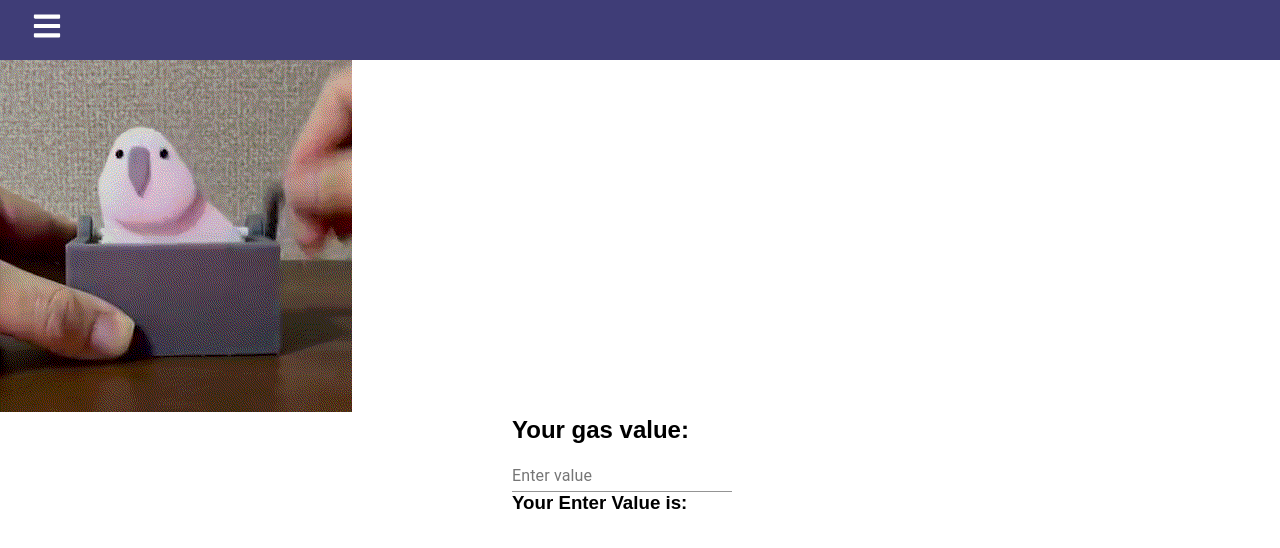
Repository: dcutalo/GasPal
Page: / (app in client/)
These files come from the project's save history. The page is drawn as it stood at one moment and after the next save; the edit follows.
The browser window is 1280 px wide. The pictures show the whole page.
Some web fonts or font styles are not loaded; a fallback is used. The project was rebuilt for these pictures with package versions that can differ from the ones it lists, and the page was loaded fresh each time. Also part of the build but not shown: client/src/pages/triphistory.js, client/src/pages/gasefficiencyreports.js, client/src/pages/userprofile.js.

Above is the page before, as saved 2021-10-05 21:50:19.

### client/src/App.js
import React from 'react';
import './App.css';
import Sidebar from './components/Sidebar';
import { BrowserRouter as Router, Switch, Route} from 'react-router-dom';
import Home from './pages/home';
import TripHistory from './pages/triphistory';
import Reports from './pages/gasefficiencyreports';
import UserProfile from './pages/userprofile';


function App() {
  return (
    <>
    <Router>
      <Sidebar />
      <Switch>
        <Route path = '/' exact component={Home}/>
        <Route path = '/triphistory' component={TripHistory}/>
        <Route path = '/gasefficiencyreports' component={Reports}/>
        <Route path = '/userprofile' component={UserProfile}/>
      </Switch>
    </Router>

    </>
  );
}

export default App;

### client/src/App.css
@import url(https://fonts.googleapis.com/css2?family=Gluten&display=swap);

* {
  box-sizing: border-box;
  margin: 0;
  padding: 0;
  font-family: 'Latp', sans-serif;
}

.home, .gasefficiencyreports, .triphistory, .userprofile {
  display: flex;
  height: 90vh;
  align-items: center;
  justify-content: center;
  font-size: 3rem;
}

### client/src/components/Sidebar.js
import React, {useState} from 'react'
import * as FaIcons from "react-icons/fa";
import * as AiIcons from "react-icons/ai";
import { Link } from 'react-router-dom';
import { SidebarData } from './Sidebardata';
import './Sidebar.css';
import { IconContext } from 'react-icons'

function Sidebar() {
    const [sidebar, setSidebar] = useState(false)

    const showSidebar = () => setSidebar(!sidebar)

    return (
        <>
        <IconContext.Provider value={{size: '30px', className:"icons"}}>
            <div className ="sidebar">
                <Link to="#" className='menu-bars'>
                    <FaIcons.FaBars onClick={showSidebar} />
                </Link>
            </div>

            <nav className={sidebar ? 'side-menu active' : 'side-menu'}>
                <ul className='side-menu-items'>
                    <li className="sidebar-toggle">
                        <Link to="#" className='menu-bars' onClick={showSidebar}>
                            <AiIcons.AiOutlineClose />
                        </Link>
                    </li>

                    {SidebarData.map((item,index) => {
                        return (

                            <li key={index} className={item.cName}>
                                <Link to={item.path}>
                                    {item.icon}
                                    <span>{item.title}</span>
                                </Link>
                            </li>

                        );
                    })}

                </ul>
            </nav>

        </IconContext.Provider>
        </>
    )
}

export default Sidebar

### client/src/pages/home.js

import React, { useState } from "react";
import TextField from "@material-ui/core/TextField";
import gif from '../1f8f36ae39d05387.gif'


const Home = () => {
  const [name, setName] = useState("");

  return (
    <><div className="gif">
          <img src={gif} alt="loading..." />
      </div><div
          style={{
              marginLeft: "40%",
          }}
      >
              <h2>Your gas value:</h2>
              <TextField
                  value={name}
                  label="Enter value"
                  onChange={(e) => {
                      setName(e.target.value);
                  } } />
              <h3>Your Enter Value is: {name} </h3>
          </div></>

  );
};

export default Home;

### client/src/components/Sidebardata.js
import React from 'react'
import * as AiIcons from "react-icons/ai";
import * as CgIcons from "react-icons/cg";
import * as HiIcons from "react-icons/hi";

export const SidebarData = [
    {
        title: 'Home',
        path: '/',
        icon: <AiIcons.AiFillHome />,
        cName: 'side-text'
    },
    {
        title: 'Gas Efficiency Reports',
        path: '/gasefficiencyreports',
        icon: <HiIcons.HiDocumentReport />,
        cName: 'side-text'
    },
    {
        title: 'Trip History',
        path: '/triphistory',
        icon: <AiIcons.AiOutlineHistory />,
        cName: 'side-text'
    },
    {
        title: 'User Profile',
        path: '/userprofile',
        icon: <CgIcons.CgProfile />,
        cName: 'side-text'
    }
]

### client/src/components/Sidebar.css
.sidebar {
    background-color: #3f3d77;
    height: 60px;
    display: flex;
    justify-content: start;
    align-items: center;
}

.menu-bars {
    margin-left: 2rem;
    font-size: 2rem;
    background: none;
    color:rgb(255, 255, 255)
}

.side-menu {
    background-color: #3f3d77;
    width: 300px;
    height: 120vh;
    display: flex;
    justify-content: center;
    position: fixed;
    top: 0;
    left: -100%;
    transition: 850ms;
}

.side-menu.active {
    left: 0;
    transition: 350ms;
}

.side-text {
    display: flex;
    justify-content: center;
    align-items: center;
    padding: 8px 0px 8px 16px;
    list-style: none;
    height: 60px;
}

.side-text a {
    text-decoration: none;
    color: rgb(255, 255, 255);
    font-size: 18px;
    width: 95%;
    height: 100%;
    display: flex;
    align-items: center;
    border-radius: 4px;
}

.side-text a:hover {
    background-color: #d0a3eb;
    color: black;
}

.side-menu-items {
    width: 100%;
}

.sidebar-toggle {
    background-color: #24234b;
    width: 100%;
    height: 60px;
    display: flex;
    justify-content: start;
    align-items: center;
}

span{
    margin-left: 16px;
}

Loaded but not shown: client/public/index.html (common file); client/src/index.js (common file)

After the next save:
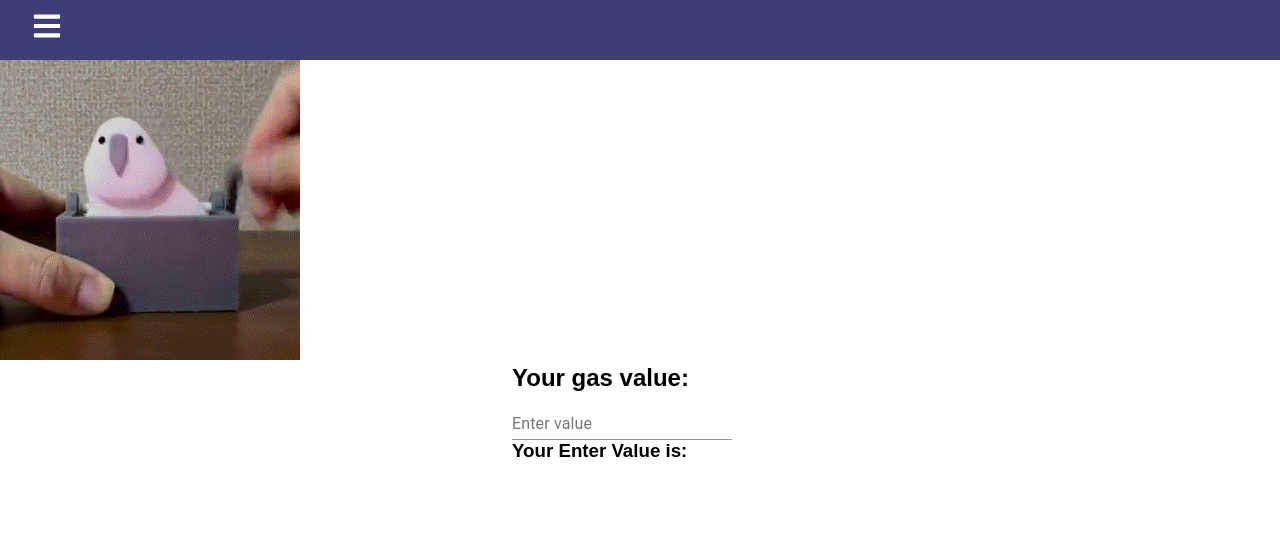
Saved 3 min 52 s later.
--- a/client/src/App.css
+++ b/client/src/App.css
@@ -14,3 +14,9 @@
   justify-content: center;
   font-size: 3rem;
 }
+
+img{
+  height:300px;
+  width:300px;
+  position:relative;
+ }

After the save that followed:
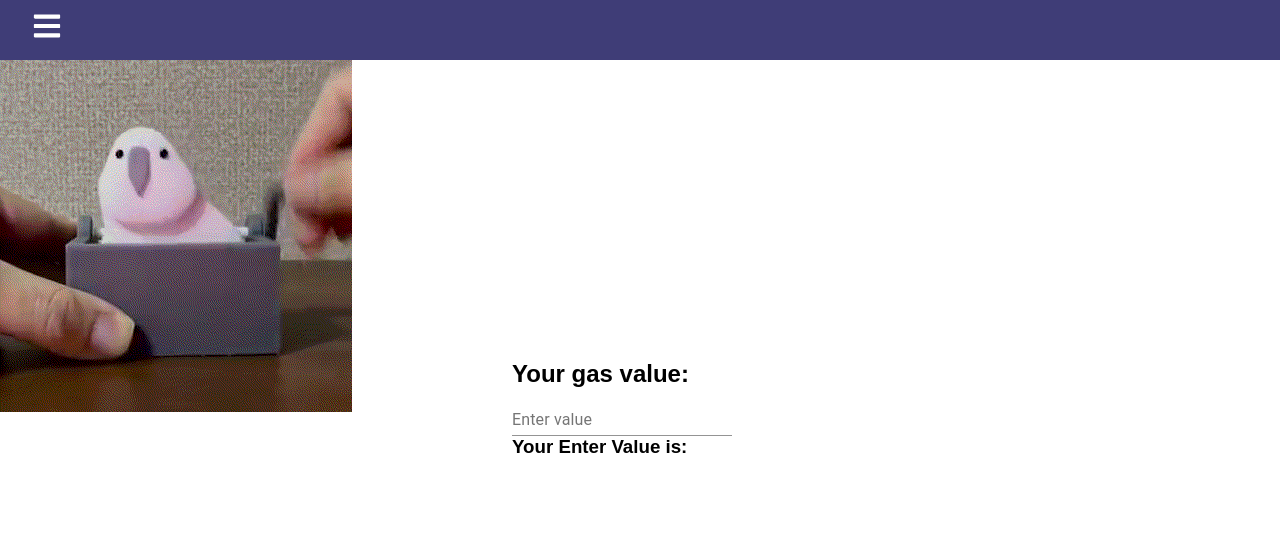
Saved 28 s later.
--- a/client/src/App.css
+++ b/client/src/App.css
@@ -15,7 +15,7 @@
   font-size: 3rem;
 }
 
-img{
+.gif{
   height:300px;
   width:300px;
   position:relative;
